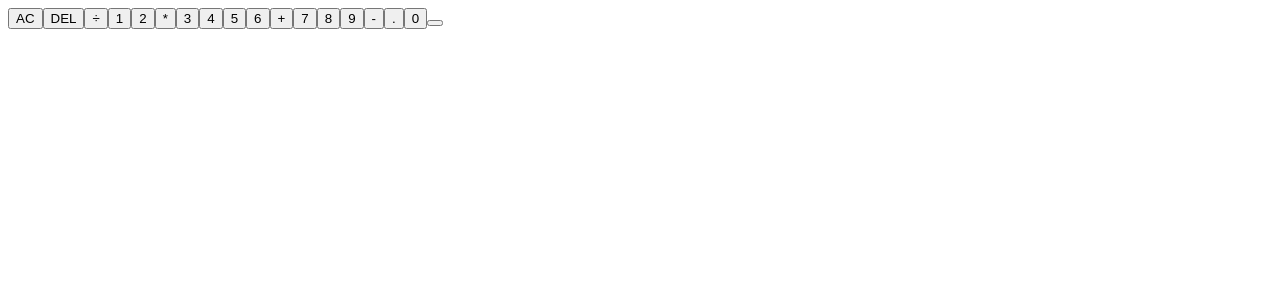
Repository: Ellisvelandia/Calculator
Page: /
The author's editor kept a copy of each file at every save. The page is drawn from the files as they stood at one save, then again after the next save.
The browser window is 1280 px wide. The pictures show the whole page.
The project was rebuilt for these pictures with package versions that can differ from the ones it lists, and the page was loaded fresh each time. Also part of the build but not shown: src/index.css, src/App.css.

Above is the page before, as saved 2022-08-15 23:33:34.

### src/App.js
import './App.css';

function App() {
  return (
    <div className="calculator.grid">
      <div className='output'>
        <div className="previous-operand"></div>
        <div className="current-operand"></div>
      </div>
      <button className='span-two'>AC</button>
      <button>DEL</button>
      <button>÷</button>
      <button>1</button>
      <button>2</button>
      <button>*</button>
      <button>3</button>
      <button>4</button>
      <button>5</button>
      <button>6</button>
      <button>+</button>
      <button>7</button>
      <button>8</button>
      <button>9</button>
      <button>-</button>
      <button>.</button>
      <button>0</button>
      <button className='span-two'></button>

    </div>
  );
}

export default App

Loaded but not shown: public/index.html (common file); src/index.js (common file); src/reportWebVitals.js (common file)

After the next save:
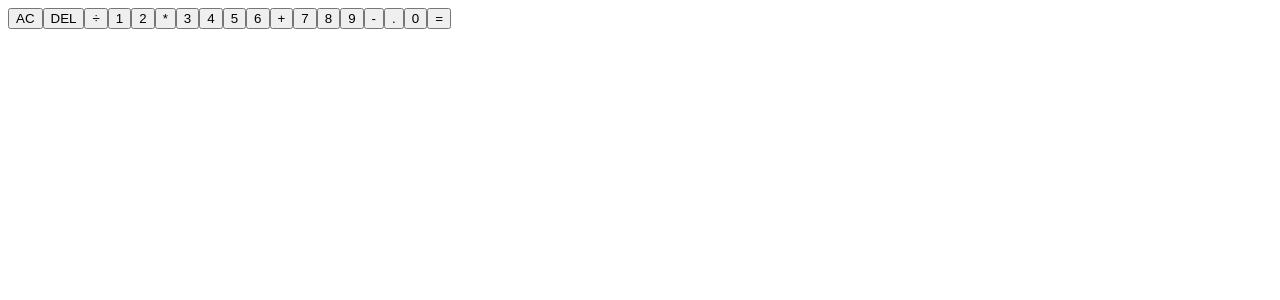
Saved 14 s later.
--- a/src/App.js
+++ b/src/App.js
@@ -24,7 +24,7 @@ function App() {
       <button>-</button>
       <button>.</button>
       <button>0</button>
-      <button className='span-two'></button>
+      <button className='span-two'>=</button>
 
     </div>
   );
